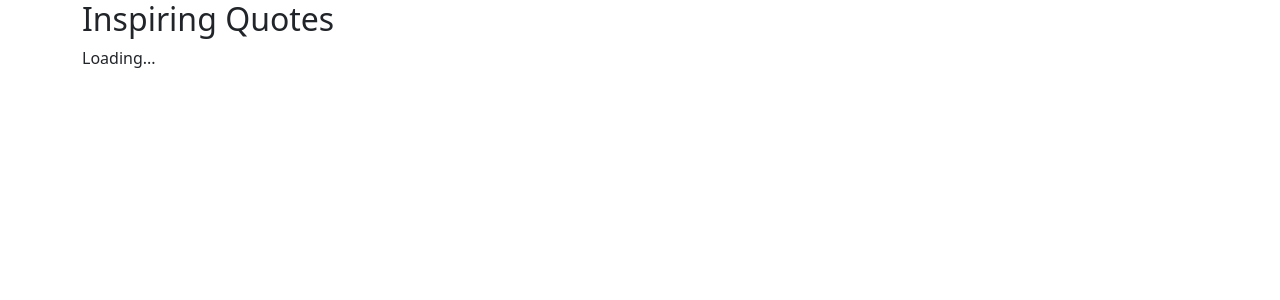
Repository: collegedude9300/zenstationnext
Page: /Quotes
These files come from the project's save history. The page is drawn as it stood at one moment and after a run of saves; the edit follows.
The browser window is 1280 px wide. The pictures show the whole page.
The page's requests for data from a server got no answer. The project was rebuilt for these pictures with package versions that can differ from the ones it lists, and the page was loaded fresh each time. The framework's server and built-in components were replaced by stand-ins that run in the browser. No one was signed in, and anything a server would have sent is missing. Also part of the build but not shown: next.config.js.

Above is the page before, as saved 2024-04-15 13:08:08.

After the next 2 saves:
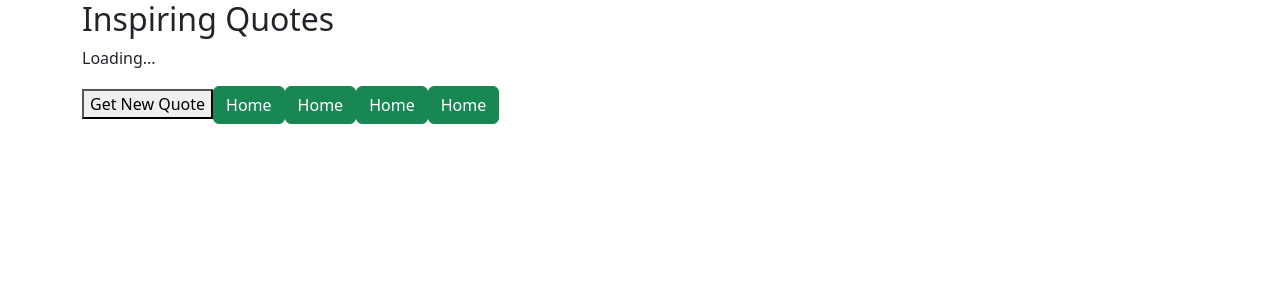
The 2 saves are shown as one change because 1 did not build or start.
The last was saved 3 min 49 s later.
--- a/pages/Quotes.js
+++ b/pages/Quotes.js
@@ -1,6 +1,7 @@
 import { useState, useEffect } from 'react';
 import 'bootstrap/dist/css/bootstrap.css'
 import InspirationalQuotes from 'inspirational-quotes'
+import Link from 'next/link';
 export default function Quotes() {
   const [quote, setQuote] = useState();
 
@@ -29,6 +30,21 @@ export default function Quotes() {
     <div className="container">
       <h2>Inspiring Quotes</h2>
       <blockquote>{quote ? `"${quote.text}" - ${quote.author}` : "Loading..."}</blockquote>
+      <p>
+        <button onClick={getNewQuote}>Get New Quote</button>
+        <Link href="/">
+          <button className="btn btn-success">Home</button>
+        </Link>
+        <Link href="/">
+          <button className="btn btn-success">Home</button>
+        </Link>
+        <Link href="/">
+          <button className="btn btn-success">Home</button>
+        </Link>
+        <Link href="/">
+          <button className="btn btn-success">Home</button>
+        </Link>
+        </p>
     </div>
   );
 }
